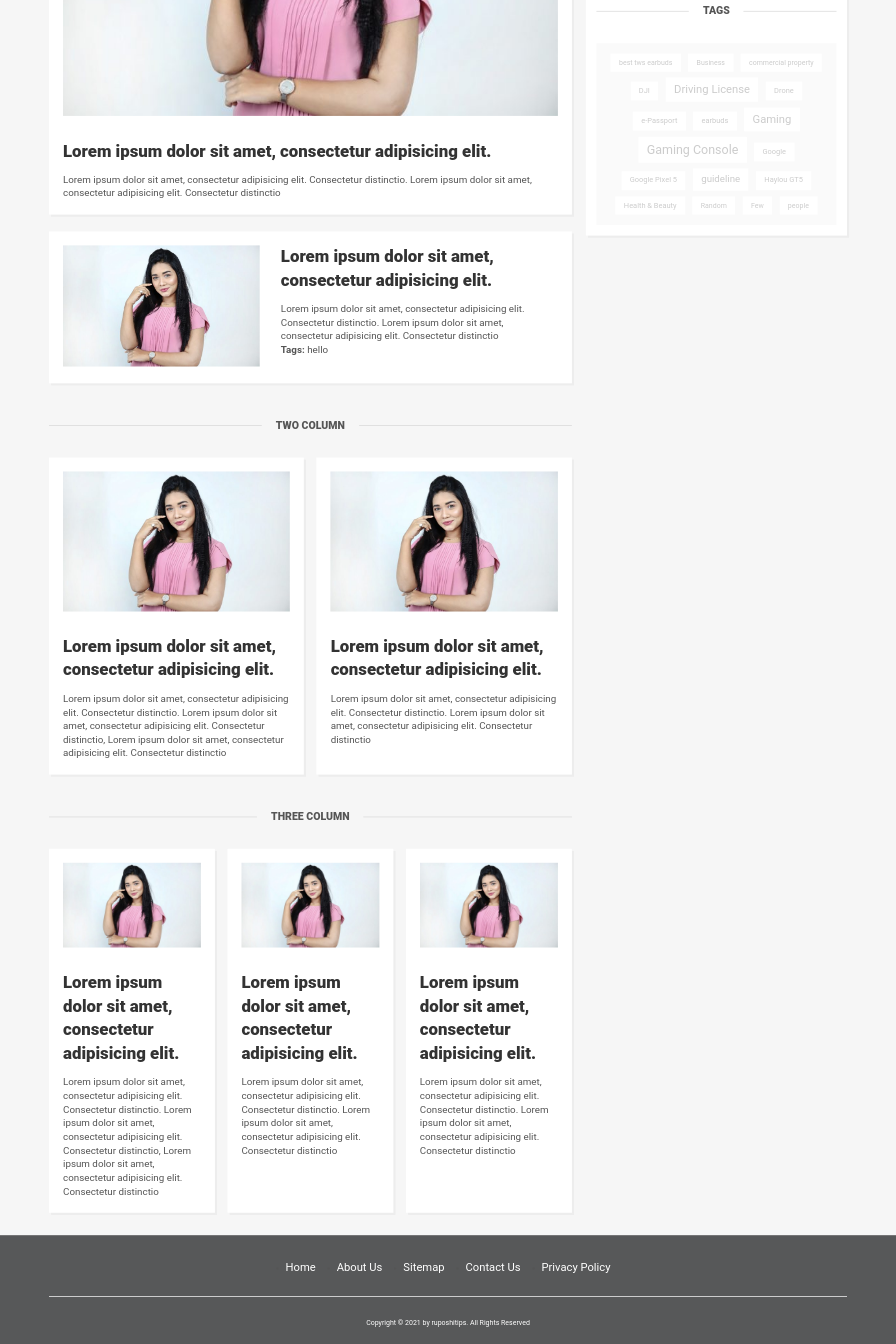
Repository: riff3r/wp-blog
Page: index.html
The author's editor kept a copy of each file at every save. The page is drawn from the files as they stood at one save, then again after a run of saves.
The browser window is 1280 px wide. The pictures show the part of the page from y = 1022 to 2942 px (the page is 2953 px tall before and 3120 px after), at 70% of full size.

Above is the page before, as saved 2021-10-28 06:54:38.

After the next 6 saves:
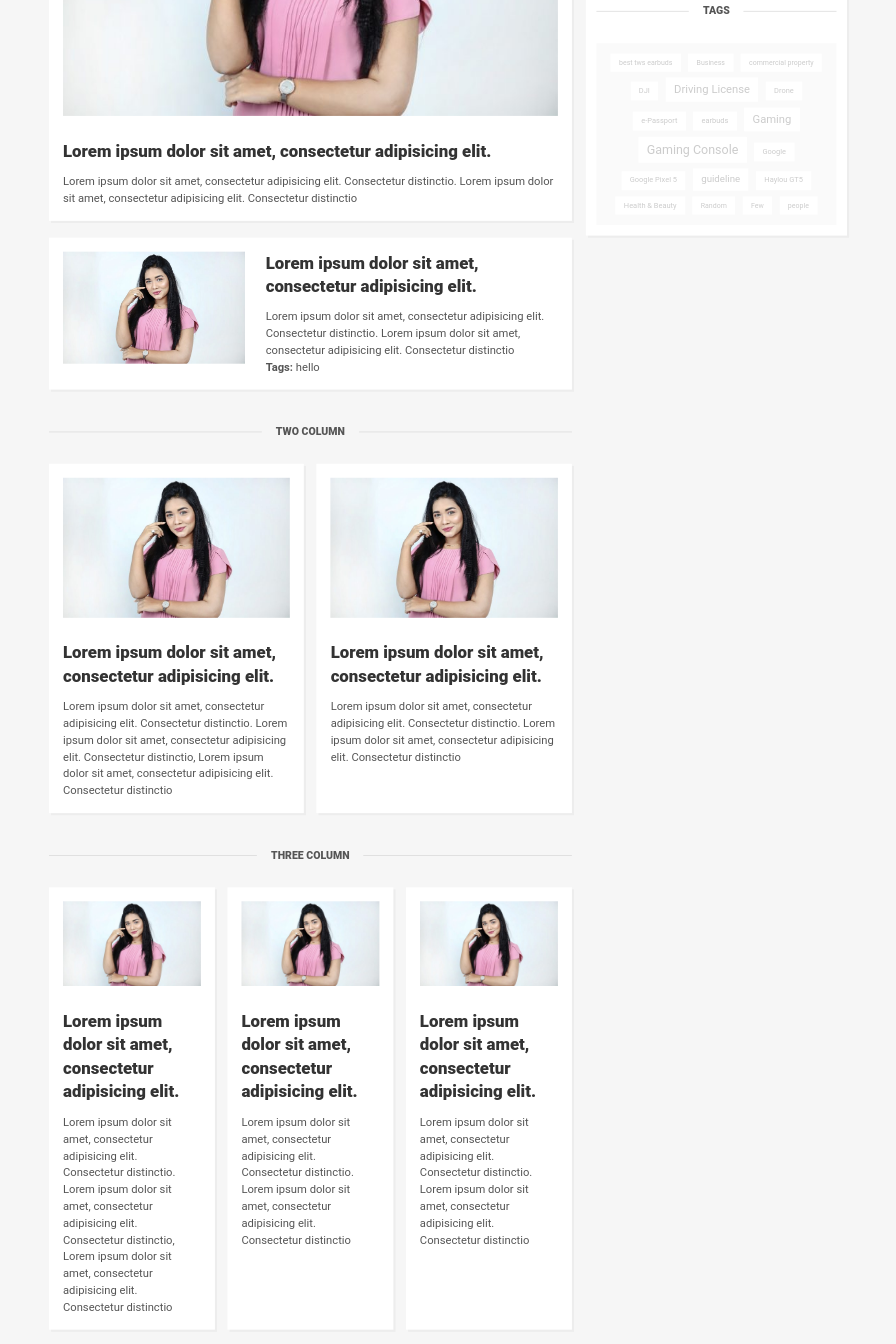
The 6 saves are shown as one change because they came seconds apart.
The last was saved 119 s later.
--- a/css/style.css
+++ b/css/style.css
@@ -379,7 +379,8 @@ a {
 }
 
 .blog-posts p {
-  font-size: 1.4rem;
+  font-size: 1.6rem;
+  line-height: 1.5;
 }
 
 /* Horizontal blog Post */
